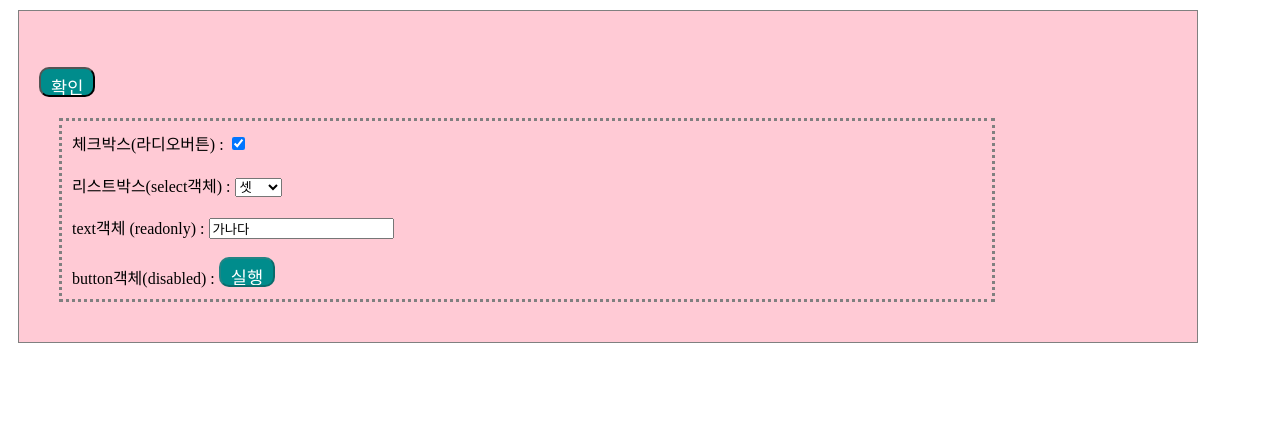
Repository: jeje0130/html
Page: jqpro/WebContent/0129/prop메서드.html
An editor plug-in stored every save of this project. The page is shown before and after the next save, followed by the edit.
The browser window is 1280 px wide. The pictures show the whole page.

Above is the page before, as saved 2021-01-29 02:10:21.

After the next save:
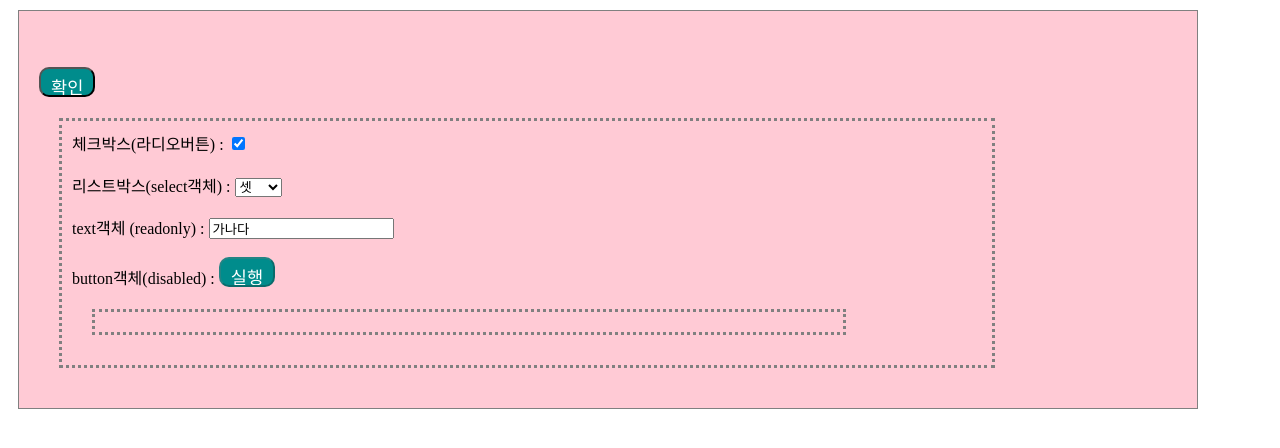
Console error: ReferenceError: $ is not defined
Saved 9 min 36 s later.
--- a/jqpro/WebContent/0129/prop메서드.html
+++ b/jqpro/WebContent/0129/prop메서드.html
@@ -5,14 +5,31 @@
 <title>Insert title here</title>
 <link rel="stylesheet" href="../css/public.css">
 <script>
+$(function () {
+	$('.box1').click(function () {
 
+		// 각 요소의 상태값 가져오기
+		a = $('#checkTest').prop('checked');
+		b = $('#selTest > option').eq(0).prop('selected');
+		c = $('#txtTest').prop('readonly');
+		d = $('#runBtn').prop('disabled');
+
+		res = "체크박스 : " + a + "<br>";
+		res += "select : " + b + "<br>";
+		res += "readonly : " + c + "<br>";
+		res += "disabled : " + d + "<br>";
+
+		$('#result1 div').html(res);
+
+	})
+})
 </script>
 <style>
 </style>
 </head>
 <body>
 
-	<div class="box">
+	<div class="box box1">
 
 		<br>
 		<br> <input type="button" value="확인" onclick="proc1()">
@@ -36,6 +53,8 @@
 				<input disabled="disabled" type="button" onclick="alert('Hello')" value="실행" id="runBtn">
 			</form>
 
+			<div></div>
+
 		</div>
 	</div>
 </body>

After the 4 saves that followed:
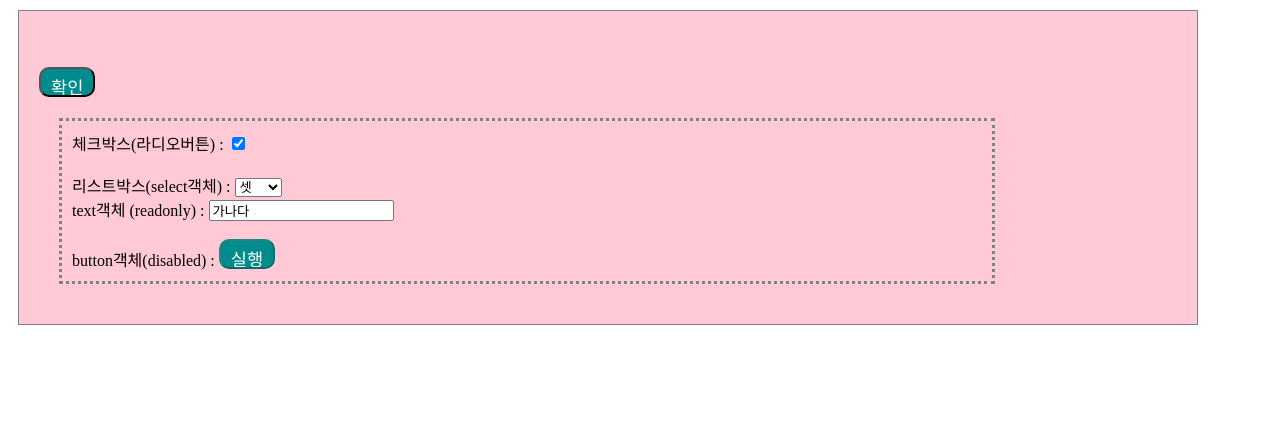
The error is gone.
The 4 saves are shown as one change because 3 left the picture as it was.
The last was saved 8 min 2 s later.
--- a/jqpro/WebContent/0129/prop메서드.html
+++ b/jqpro/WebContent/0129/prop메서드.html
@@ -4,58 +4,61 @@
 <meta charset="UTF-8">
 <title>Insert title here</title>
 <link rel="stylesheet" href="../css/public.css">
+<script src="../js/jquery-3.5.1.min.js"></script>
+
+<style>
+</style>
+
 <script>
-$(function () {
-	$('.box1').click(function () {
+$(function(){
+   $('.box1 > input:button').on('click', function(){
 
-		// 각 요소의 상태값 가져오기
-		a = $('#checkTest').prop('checked');
-		b = $('#selTest > option').eq(0).prop('selected');
-		c = $('#txtTest').prop('readonly');
-		d = $('#runBtn').prop('disabled');
+      //각 요소의 상태값 가져오기
+      a = $('#checkTest').prop("checked");
+      b = $('#selTest>option').eq(0).prop('selected');
+      c = $('#txtTest>option').prop('readonly');
+      d = $('#runBtn>option').prop('disabled');
 
-		res = "체크박스 : " + a + "<br>";
-		res += "select : " + b + "<br>";
-		res += "readonly : " + c + "<br>";
-		res += "disabled : " + d + "<br>";
+      res = "체크박스 : " + a + "<br>";
+      res += "select option : " + b + "<br>";
+      res += "text readonly : " + c + "<br>";
+      res += "button disabled : " + d + "<br>";
 
-		$('#result1 div').html(res);
-
-	})
+      $('#result1 div').html(res);
+   })
 })
 </script>
-<style>
-</style>
+
 </head>
 <body>
+   <div class="box box1">
 
-	<div class="box box1">
+      <br>
+      <br> <input type="button" value="확인" onclick="proc1()">
 
-		<br>
-		<br> <input type="button" value="확인" onclick="proc1()">
+      <div id="result1">
 
-		<div id="result1">
-			<form>
-				체크박스(라디오버튼) :
-				<input type="checkbox" id="checkTest"  checked><br><br>
+         <form>
+            체크박스(라디오버튼) :
+            <input type="checkbox" id="checkTest" checked><br><br>
 
-				리스트박스(select객체) :
- 				<select id="selTest">
-				<option value="1">하나</option>
-				<option value="2">둘</option>
-				<option value="3" selected >셋</option>
-				<option value="4">넷</option>
-				</select><br>
+            리스트박스(select객체) :
+            <select id = "selTest">
+               <option value="1">하나</option>
+               <option value="2">둘</option>
+               <option value="3" selected >셋</option>
+               <option value="4">넷</option>
+            </select><br>
 
-				<br> text객체 (readonly) :
-				<input readonly="readonly" type="text" value="가나다" id="txtTest"><br>
-				<br> button객체(disabled) :
-				<input disabled="disabled" type="button" onclick="alert('Hello')" value="실행" id="runBtn">
-			</form>
+            text객체 (readonly) :
+            <input readonly="readonly" type="text" value="가나다" id="txtTest"><br>
 
-			<div></div>
+            <br> button객체(disabled) :
+            <input disabled="disabled" type="button" onclick="alert('Hello')" value="실행" id="runBtn">
+         </form>
 
-		</div>
-	</div>
+
+      </div>
+   </div>
 </body>
 </html>
